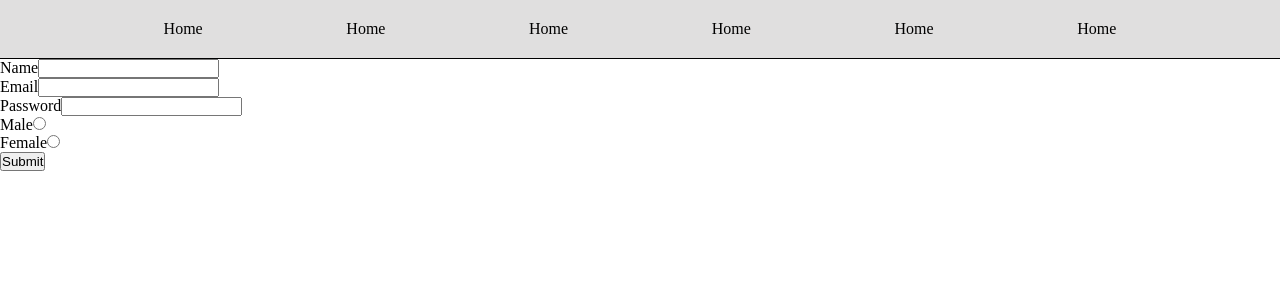
Repository: Naynsh2904/Advance_Java
Page: http://localhost/createForm/NewFile.jsp
These files come from the project's save history. The page is drawn as it stood at one moment and after the next save; the edit follows.
The browser window is 1280 px wide. The pictures show the whole page.
The page is served by Tomcat 9.

Above is the page before, as saved 2025-01-31 09:57:22.

### createForm/src/main/webapp/NewFile.jsp
<%@ page language="java" contentType="text/html; charset=UTF-8"
	pageEncoding="UTF-8"%>
<!DOCTYPE html>
<html>
<head>
<meta charset="UTF-8">
<title>Document</title>
<style>
    * {
      margin: 0;
      padding: 0;
    }

    a {
      text-decoration: none;
      color: black;
    }

    li {
      list-style: none;
    }

    ul {
      padding: 20px;
      background-color: #c3c1c183;
      display: flex;
      justify-content: space-evenly;
      border-bottom: 1px solid black;
    }
  </style>
</head>

<body>
	<div>

		<nav>
			<ul>
				<li><a href="#">Home</a></li>
				<li><a href="#">Home</a></li>
				<li><a href="#">Home</a></li>
				<li><a href="#">Home</a></li>
				<li><a href="#">Home</a></li>
				<li><a href="#">Home</a></li>
			</ul>
		</nav>
		<form action="#" method="get">
			Name<input type="text" name="name" value="" /><br> Email<input
				type="email" name="email" value="" /><br> Password<input
				type="password" name="password" value="" /><br> Male<input
				type="radio" name="gender" value="male" /><br> Female<input
				type="radio" name="gender" value="female" /><br>
			<div>
				<button type="submit" name="btn">Submit</button>
			</div>
		</form>
		<%
		if (request.getParameter("btn") != null) {
			String Name = request.getParameter("name");
			String Email = request.getParameter("email");
			String Pass = request.getParameter("password");
			String Gender = request.getParameter("gender");

			out.print("Name " + Name + " " + "Email: " + Email + " " + "Pass: " + Pass + " " + " Gender " + Gender);
		%>
		<h1>Name :<%=Name%></h1>
		<h1>Email : <%=Email%></h1>
		<h1>Pass :<%=Pass%></h1>
		<h1>Gender :<%=Gender%></h1>
		<script>
			alert("successfully Done !! ")
		</script>
		<%
		}
		%>
	</div>
</body>
</html>

After the next save:
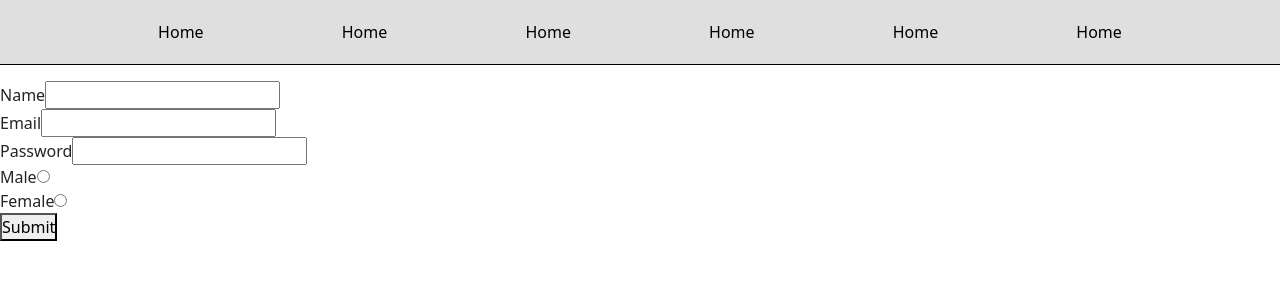
Saved 29 min 19 s later.
--- a/createForm/src/main/webapp/NewFile.jsp
+++ b/createForm/src/main/webapp/NewFile.jsp
@@ -4,30 +4,32 @@
 <html>
 <head>
 <meta charset="UTF-8">
+<link rel="stylesheet"
+	href="https://cdn.jsdelivr.net/npm/bootstrap@5.3.3/dist/css/bootstrap.min.css">
 <title>Document</title>
 <style>
-    * {
-      margin: 0;
-      padding: 0;
-    }
+* {
+	margin: 0;
+	padding: 0;
+}
 
-    a {
-      text-decoration: none;
-      color: black;
-    }
+a {
+	text-decoration: none;
+	color: black;
+}
 
-    li {
-      list-style: none;
-    }
+li {
+	list-style: none;
+}
 
-    ul {
-      padding: 20px;
-      background-color: #c3c1c183;
-      display: flex;
-      justify-content: space-evenly;
-      border-bottom: 1px solid black;
-    }
-  </style>
+ul {
+	padding: 20px;
+	background-color: #c3c1c183;
+	display: flex;
+	justify-content: space-evenly;
+	border-bottom: 1px solid black;
+}
+</style>
 </head>
 
 <body>
@@ -62,10 +64,15 @@
 
 			out.print("Name " + Name + " " + "Email: " + Email + " " + "Pass: " + Pass + " " + " Gender " + Gender);
 		%>
-		<h1>Name :<%=Name%></h1>
-		<h1>Email : <%=Email%></h1>
-		<h1>Pass :<%=Pass%></h1>
-		<h1>Gender :<%=Gender%></h1>
+		<h1>
+			Name :<%=Name%></h1>
+		<h1>
+			Email :
+			<%=Email%></h1>
+		<h1>
+			Pass :<%=Pass%></h1>
+		<h1>
+			Gender :<%=Gender%></h1>
 		<script>
 			alert("successfully Done !! ")
 		</script>
@@ -73,5 +80,7 @@
 		}
 		%>
 	</div>
+
+  <script src="https://cdn.jsdelivr.net/npm/bootstrap@5.3.0/dist/js/bootstrap.bundle.min.js"></script>
 </body>
 </html>
